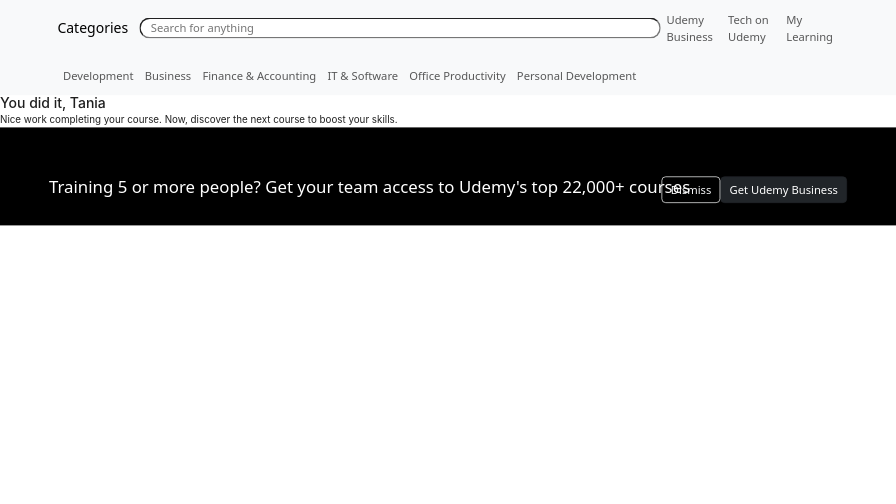
Repository: Taniafdes/newProject
Page: /
These files come from the project's save history. The page is drawn as it stood at one moment and after the next save; the edit follows.
The browser window is 1280 px wide. The pictures show the part of the page from y = 0 to 1920 px (the page is 720 px tall before and 5322 px after), at 70% of full size.
The project was rebuilt for these pictures with package versions that can differ from the ones it lists, and the page was loaded fresh each time. The framework's server and built-in components were replaced by stand-ins that run in the browser. Also part of the build but not shown: next.config.js.

Above is the page before, as saved 2023-06-15 17:03:56.

After the next save:
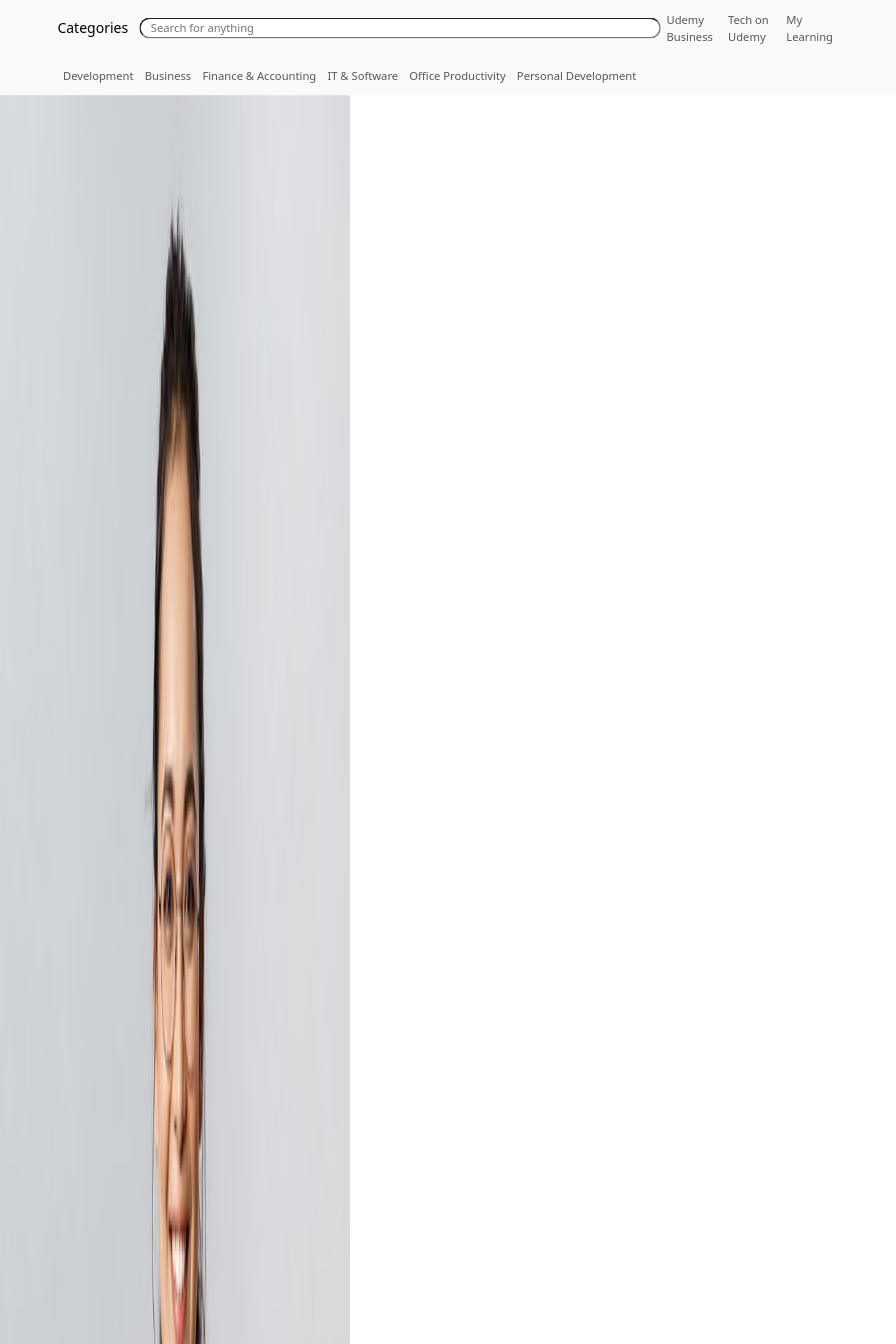
Saved 5 s later.
--- a/pages/home/home.js
+++ b/pages/home/home.js
@@ -9,7 +9,7 @@
   return (
     <Carousel afterChange={onChange}>
       <div>
-        <Image src='/images/image1.jpg' width={500} height={0} />
+        <Image src='/images/image1.jpg' width={500} height={5000} />
         <Card.Body>
         <Card.Title>You did it, Tania</Card.Title>
         <Card.Text>
